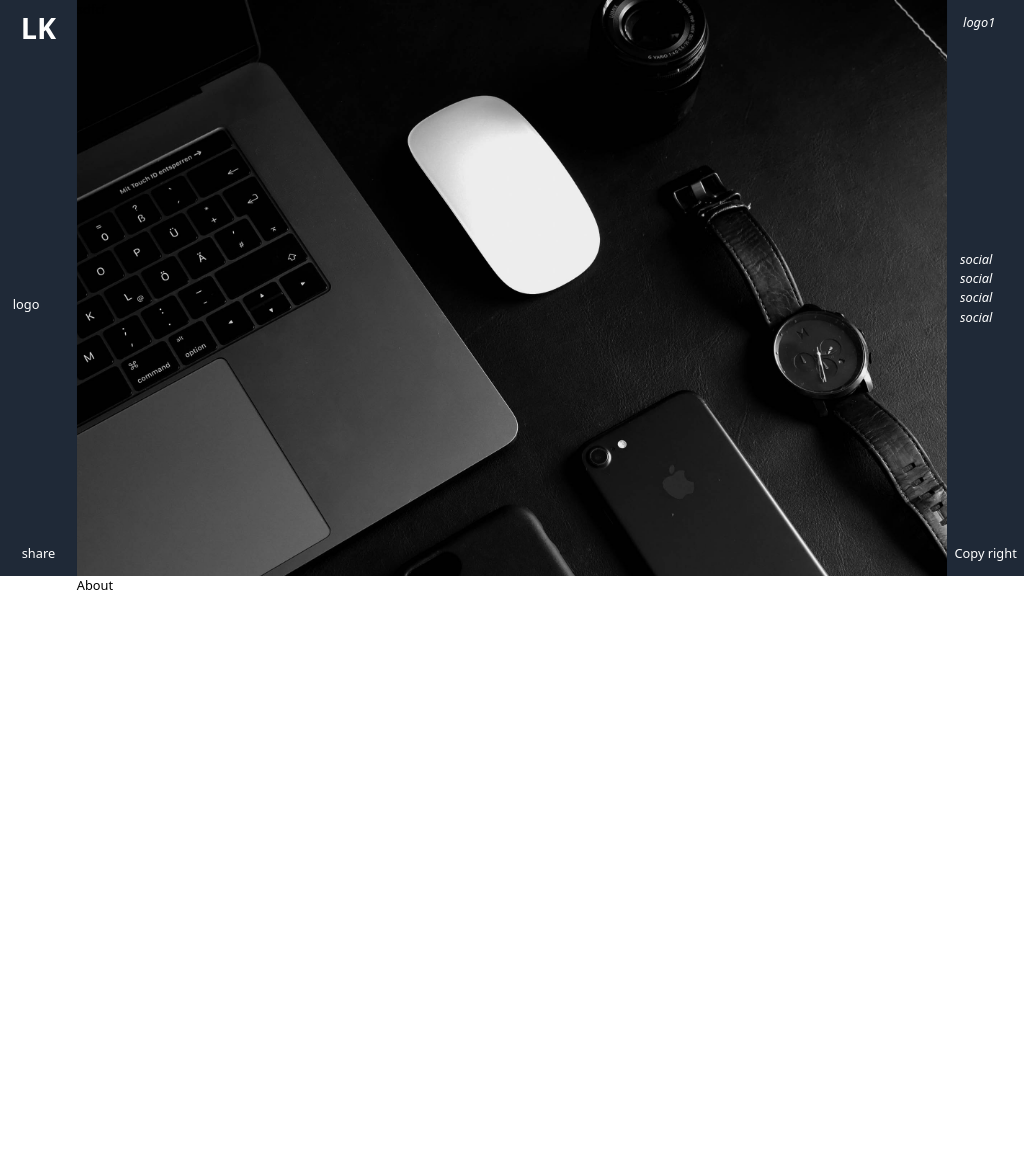
Repository: linco6054/template-tailwindcss
Page: index.html
The author's editor kept a copy of each file at every save. The page is drawn from the files as they stood at one save, then again after the next save.
The browser window is 1280 px wide. The pictures show the whole page, at 80% of full size.

Above is the page before, as saved 2021-08-17 15:47:49.

After the next save:
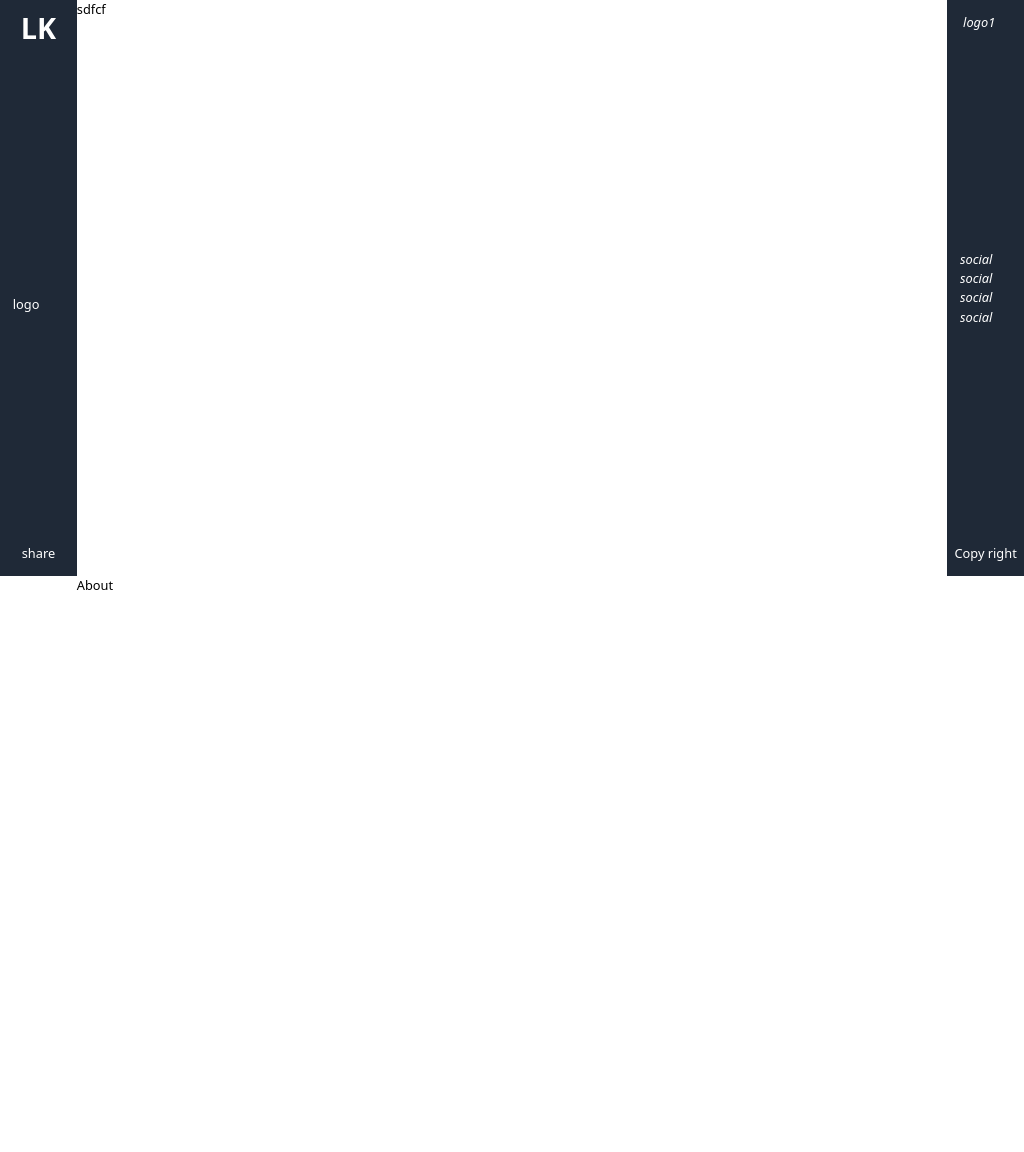
Saved 41 s later.
--- a/index.html
+++ b/index.html
@@ -48,8 +48,8 @@
         text-black
       ">
       <div class="h-screen w-full relative overflow-hidden">
-       <img class="absolute z-0 top-0 left-0 right-0 bottom-0" src="/images/bg.jpg" alt="">
-
+       <!-- <img class="absolute z-0 top-0 left-0 right-0 bottom-0" src="/images/bg.jpg" alt="">
+     -->
         <div class=" absolute top-0 left-0">
           sdfcf
         </div>
